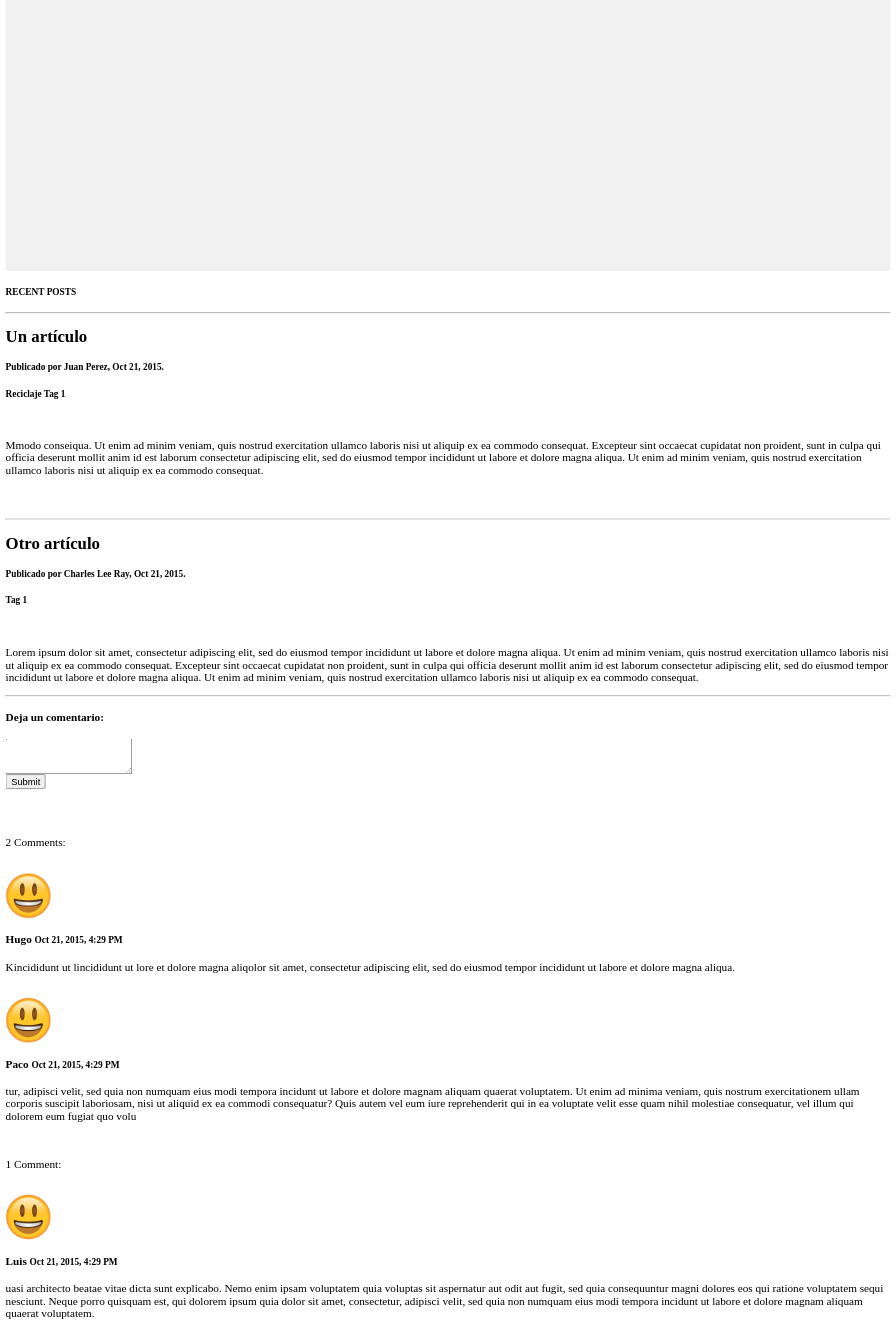
Repository: Gimape07/BDGrupal
Page: webpage/_articulos.html
The author's editor kept a record of every edit. The page is drawn from the files as they stood at one moment, then again after the next edit.
The browser window is 1280 px wide. The pictures show the part of the page from y = 1250 to 3170 px (the page is 3170 px tall), at 70% of full size.

Above is the page before.

### webpage/_articulos.html
<style>
    .navbar {
      margin-bottom: 0;
      border-radius: 0;
    }

    /* Add a gray background color and some padding to the footer */
    footer {
      background-color: #738CD1;
      padding: 25px;
    }

  .carousel-inner img {
      width: 100%; /* Set width to 100% */
      margin: auto;
      min-height:200px;
  }

  /* Hide the carousel text when the screen is less than 600 pixels wide */
  @media (max-width: 600px) {
    .carousel-caption {
      display: none;
    }
  }
    /* Set height of the grid so .sidenav can be 100% (adjust if needed) */
    .row.content {height: 1500px}

    /* Set gray background color and 100% height */
    .sidenav {
      background-color: #f1f1f1;
      height: 100%;
    }

    /* On small screens, set height to 'auto' for sidenav and grid */
    @media screen and (max-width: 767px) {
      .sidenav {
        height: auto;
        padding: 15px;
      }
      .row.content {height: auto;}
    }
  </style>

  <style>
    /* Set height of the grid so .sidenav can be 100% (adjust if needed) */
    .row.content {height: 1500px}

    /* Set gray background color and 100% height */
    .sidenav {
      background-color: #f1f1f1;
      height: 100%;
    }

    /* On small screens, set height to 'auto' for sidenav and grid */
    @media screen and (max-width: 767px) {
      .sidenav {
        height: auto;
        padding: 15px;
      }
      .row.content {height: auto;}
    }
  </style>


        <nav class="col-md-2 d-none d-md-block bg-light sidebar">
          <div class="sidebar-sticky">

            <ul class="nav flex-column">

              <li class="nav-item">

                <a class="nav-link" href="login.php">

                  <span data-feather="home"></span>

                  Inicio <span class="sr-only">(current)</span>

                </a>

              </li>

              <li class="nav-item">

                <a class="nav-link" href="instituciones.php">

                  <span data-feather="users"></span>

                  Instituciones

                </a>

              </li>

              <li class="nav-item">

                <a class="nav-link" href="evento.php">

                  <span data-feather="layout"></span>

                  Eventos

                </a>

              </li>

              <li class="nav-item">

                <a class="nav-link" href="capsula.php">

                  <span data-feather="video"></span>

                  Capsulas

                </a>

              </li>

              <li class="nav-item">

                <a class="nav-link active" href="articulos.php">

                  <span data-feather="folder"></span>

                  Artículos

                </a>

              </li>

              <li class="nav-item">

                <a class="nav-link" href="cursos.php">

                  <span data-feather="book-open"></span>

                  Cursos

                </a>

              </li>

            </ul>

          </div>

        </nav>

        <main role="main" class="col-md-9 ml-sm-auto col-lg-10 pt-3 px-4"> <!-- Mete todo el cuerpo aqui-->


<div class="container-fluid">
  <div class="row content">
    <div class="col-sm-3 sidenav">
      <h4>Artículos</h4>


      <ul class="nav flex-column nav-pills nav-stacked">
        <li class="nav-item"><a class="activ" href="#section1">Inicio</a></li>
        <li class="nav-item"><a href="#section2">Educación ambiental</a></li>
        <li class="nav-item"><a href="#section3">Energía</a></li>
        <li class="nav-item"><a href="#section4">Reciclaje</a></li>
        <li class="nav-item"><a href="#section5">+ Agrega Artículo</a></li>
      </ul>

      <br>
      <div class="input-group">
        <input type="text" class="form-control" placeholder="Busca en el Blog..">
        <span class="input-group-btn">
          <button class="btn btn-default" type="button">
            <span data-feather="search"></span>
          </button>
        </span>
      </div>
    </div>

    <div class="col-sm-9">
      <h4><small>RECENT POSTS</small></h4>
      <hr>
      <h2>Un artículo</h2>
      <h5><span data-feather="clock"></span>Publicado por Juan Perez, Oct 21, 2015.</h5>
      <h5><span class="label label-danger">Reciclaje</span> <span class="label label-primary">Tag 1</span></h5><br>
      <p>Mmodo conseiqua. Ut enim ad minim veniam, quis nostrud exercitation ullamco laboris nisi ut aliquip ex ea commodo consequat. Excepteur sint occaecat cupidatat non proident, sunt in culpa qui officia deserunt mollit anim id est laborum consectetur adipiscing elit, sed do eiusmod tempor incididunt ut labore et dolore magna aliqua. Ut enim ad minim veniam, quis nostrud exercitation ullamco laboris nisi ut aliquip ex ea commodo consequat.</p>
      <br><br>

      <hr>
      <h2>Otro artículo</h2>
      <h5><span data-feather="clock"></span>Publicado por Charles Lee Ray, Oct 21, 2015.</h5>
      <h5><span class="label label-success">Tag 1	</span></h5><br>
      <p>Lorem ipsum dolor sit amet, consectetur adipiscing elit, sed do eiusmod tempor incididunt ut labore et dolore magna aliqua. Ut enim ad minim veniam, quis nostrud exercitation ullamco laboris nisi ut aliquip ex ea commodo consequat. Excepteur sint occaecat cupidatat non proident, sunt in culpa qui officia deserunt mollit anim id est laborum consectetur adipiscing elit, sed do eiusmod tempor incididunt ut labore et dolore magna aliqua. Ut enim ad minim veniam, quis nostrud exercitation ullamco laboris nisi ut aliquip ex ea commodo consequat.</p>
      <hr>

      <h4>Deja un comentario:</h4>
      <form role="form">
        <div class="form-group">
          <textarea class="form-control" rows="3" required></textarea>
        </div>
        <button type="submit" class="btn btn-success">Submit</button>
      </form>
      <br><br>

      <p><span class="badge">2</span> Comments:</p><br>

      <div class="row">
        <div class="col-sm-2 text-center">
          <img src="img/avatar.png" class="img-circle" height="65" width="65" alt="Avatar">
        </div>
        <div class="col-sm-10">
          <h4>Hugo <small>Oct 21, 2015, 4:29 PM</small></h4>
          <p>Kincididunt ut lincididunt ut lore et dolore magna aliqolor sit amet, consectetur adipiscing elit, sed do eiusmod tempor incididunt ut labore et dolore magna aliqua.</p>
          <br>
        </div>
        <div class="col-sm-2 text-center">
          <img src="img/avatar.png" class="img-circle" height="65" width="65" alt="Avatar">
        </div>
        <div class="col-sm-10">
          <h4>Paco <small>Oct 21, 2015, 4:29 PM</small></h4>
          <p>tur, adipisci velit, sed quia non numquam eius modi tempora incidunt ut labore et dolore magnam aliquam quaerat voluptatem. Ut enim ad minima veniam, quis nostrum exercitationem ullam corporis suscipit laboriosam, nisi ut aliquid ex ea commodi consequatur? Quis autem vel eum iure reprehenderit qui in ea voluptate velit esse quam nihil molestiae consequatur, vel illum qui dolorem eum fugiat quo volu</p>
          <br>
          <p><span class="badge">1</span> Comment:</p><br>
          <div class="row">
            <div class="col-sm-2 text-center">
              <img src="img/avatar.png" class="img-circle" height="65" width="65" alt="Avatar">
            </div>
            <div class="col-xs-10">
              <h4>Luis <small>Oct 21, 2015, 4:29 PM</small></h4>
              <p>uasi architecto beatae vitae dicta sunt explicabo. Nemo enim ipsam voluptatem quia voluptas sit aspernatur aut odit aut fugit, sed quia consequuntur magni dolores eos qui ratione voluptatem sequi nesciunt. Neque porro quisquam est, qui dolorem ipsum quia dolor sit amet, consectetur, adipisci velit, sed quia non numquam eius modi tempora incidunt ut labore et dolore magnam aliquam quaerat voluptatem. </p>
              <br>
            </div>
          </div>
        </div>
      </div>
    </div>
  </div>
</div>

</main>

After the next edit:
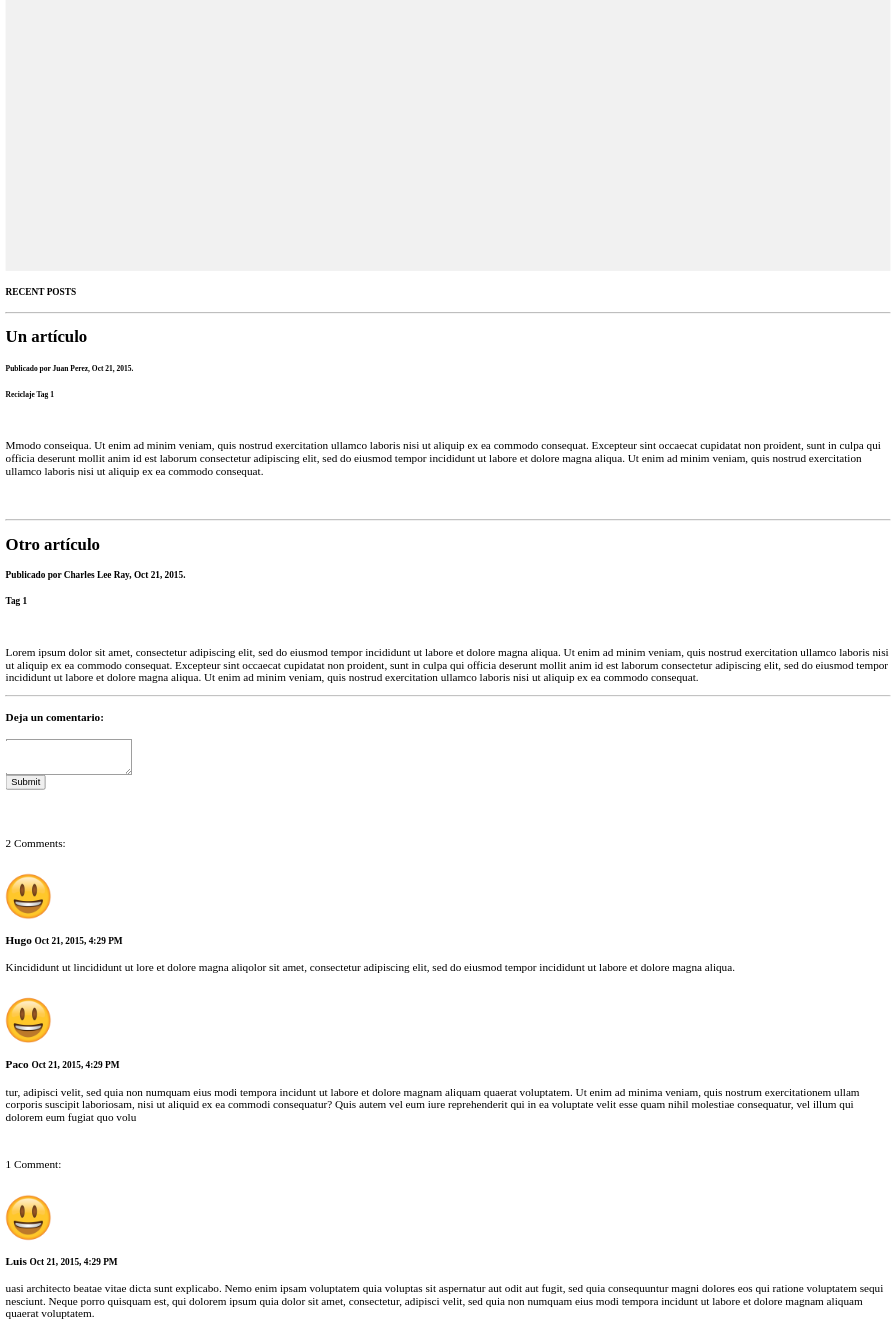
The edit:
--- a/webpage/_articulos.html
+++ b/webpage/_articulos.html
@@ -177,8 +177,8 @@
       <h4><small>RECENT POSTS</small></h4>
       <hr>
       <h2>Un artículo</h2>
-      <h5><span data-feather="clock"></span>Publicado por Juan Perez, Oct 21, 2015.</h5>
-      <h5><span class="label label-danger">Reciclaje</span> <span class="label label-primary">Tag 1</span></h5><br>
+      <h6><span data-feather="clock"></span>Publicado por Juan Perez, Oct 21, 2015.</h5>
+      <h6><span class="label label-danger">Reciclaje</span> <span class="label label-primary">Tag 1</span></h5><br>
       <p>Mmodo conseiqua. Ut enim ad minim veniam, quis nostrud exercitation ullamco laboris nisi ut aliquip ex ea commodo consequat. Excepteur sint occaecat cupidatat non proident, sunt in culpa qui officia deserunt mollit anim id est laborum consectetur adipiscing elit, sed do eiusmod tempor incididunt ut labore et dolore magna aliqua. Ut enim ad minim veniam, quis nostrud exercitation ullamco laboris nisi ut aliquip ex ea commodo consequat.</p>
       <br><br>
 
